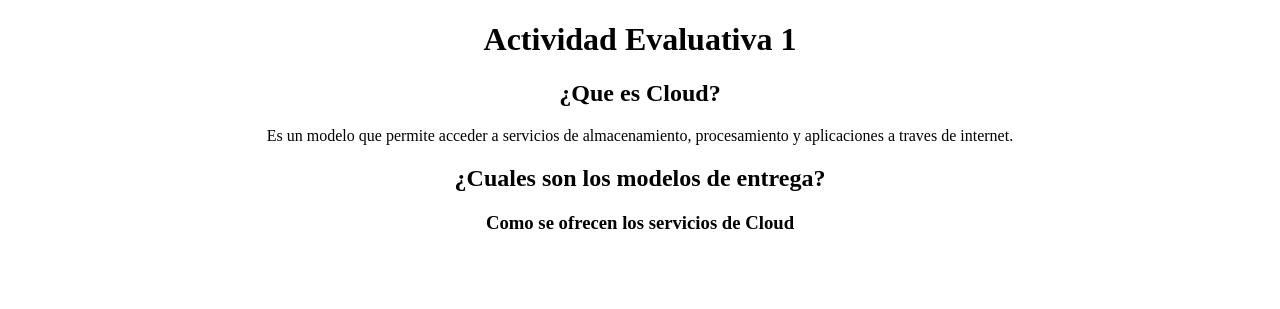
Repository: Laura-Oliveros/Actividad-Evaluativa-1
Page: LauSebas.html
The author's editor kept a copy of each file at every save. The page is drawn from the files as they stood at one save, then again after the next save.
The browser window is 1280 px wide. The pictures show the whole page.

Above is the page before, as saved 2025-09-04 18:51:26.

After the next save:
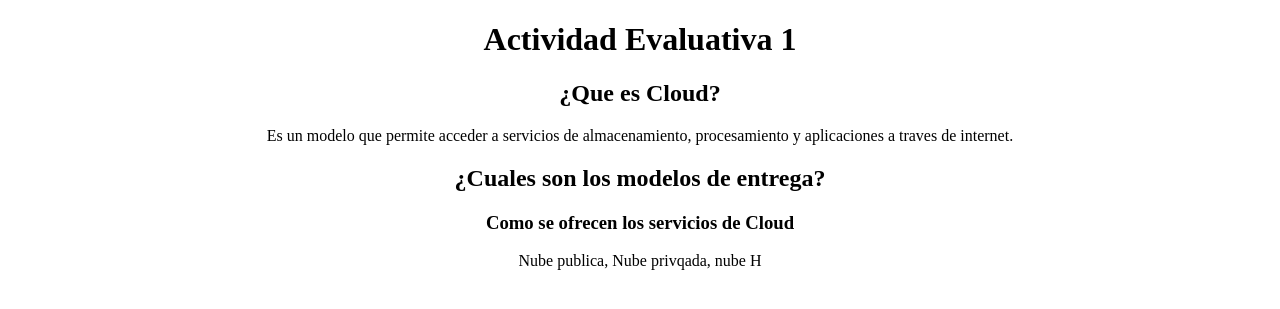
Saved 49 s later.
--- a/LauSebas.html
+++ b/LauSebas.html
@@ -15,7 +15,7 @@
     <div class="contenedor" style="text-align: center;">
         <h2>¿Cuales son los modelos de entrega?</h2>
         <h3>Como se ofrecen los servicios de Cloud </h3>
-        <p></p>
+        <p>Nube publica, Nube privqada, nube H</p>
 
 </body>
 </html>
